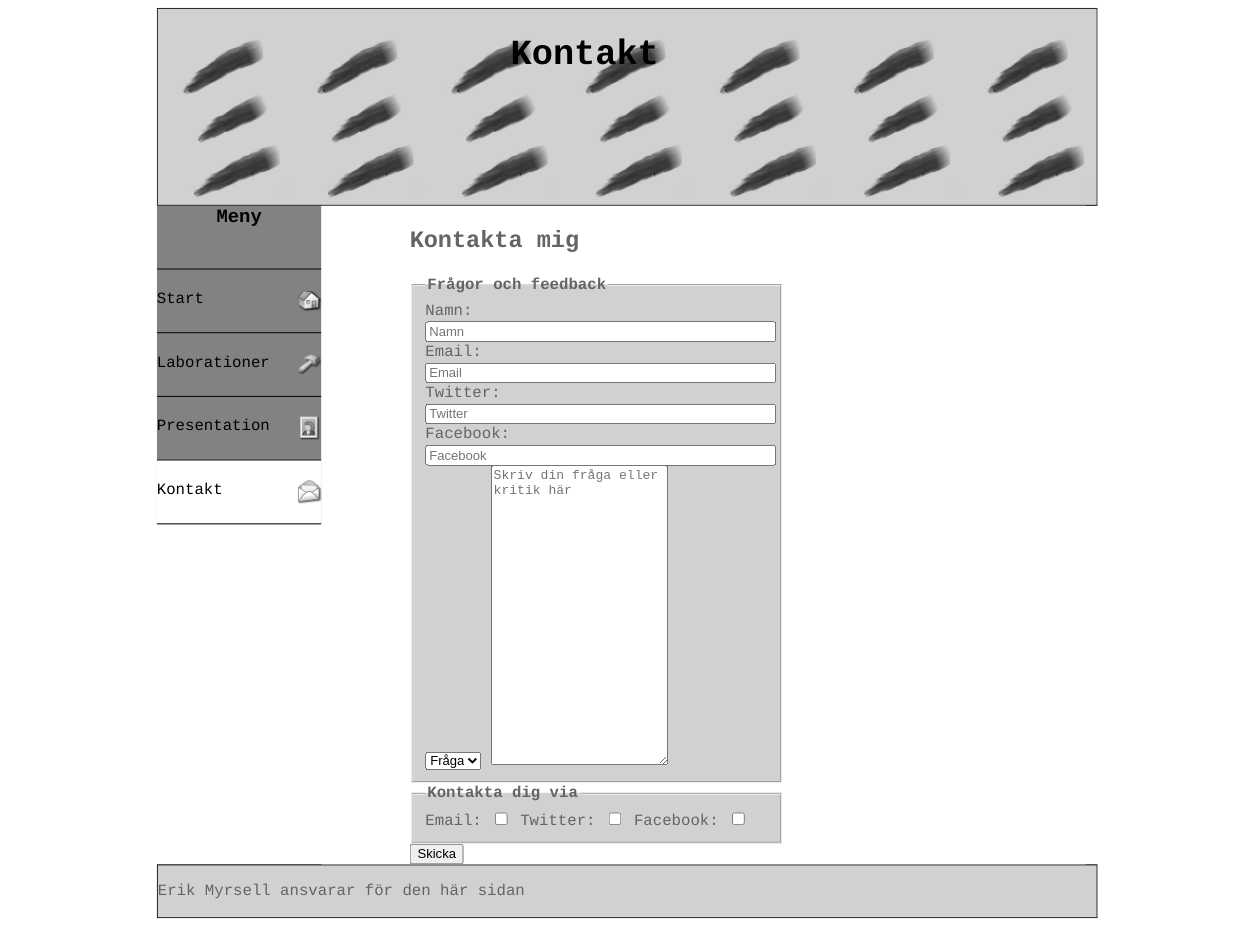
Repository: em222mt/1IK415_em222mt
Page: pages/kontakt.html
The author's editor kept a record of every edit. The page is drawn from the files as they stood at one moment, then again after the next edit.
The browser window is 1280 px wide. The pictures show the whole page, at 98% of full size.

Above is the page before.

### pages/kontakt.html
<!doctype html>
<html lang="sv">

<head>
     <meta charset="utf-8">
     <title>Kontakt</title>

     <link rel="stylesheet" href="../css/basic.css">
     <link rel="stylesheet" href="../css/print.css">
</head>

    <body>
        <div id="container">

            <div id="header">

            <h1 class="headertitle">Kontakt</h1>

            </div>

            <div id="navigation">

            <ul>
                <li>Meny</li>
                <li><a href="../index.html">Start</a><a id="home-icon" href="../index.html"></a></li>
                <li><a href="laborationer.html">Laborationer</a><a id="work-icon" href="laborationer.html"></a></li>
                <li><a href="presentation.html">Presentation</a><a id="bio-icon" href="presentation.html"></a></li>
                <li class="active"><a href="kontakt.html">Kontakt</a><a id="contact-icon" href="kontakt.html"></a></li>
            </ul>

            </div>

            <div id="content">

            <div id="contact">

            <h2>Kontakta mig</h2>

            <!-- Formulär börjar här -->

            <form id="form" action="http://voyager.lnu.se/tekinet/kurser/dtt/wp_webbintro/form.php" method="post">
                <fieldset>
                    <legend class="formframe">Frågor och feedback</legend>

                        <label class="formunit" for="namn">Namn:</label>
                        <input class="formunit" placeholder="Namn" type="text" name="namn" id="namn" />

                        <label class="formunit" for="email">Email:</label>
                        <input class="formunit" placeholder="Email" type="text" name="email" id="email" />

                        <label class="formunit" for="twitter">Twitter:</label>
                        <input class="formunit" placeholder="Twitter" type="text" name="twitter" id="twitter" />

                        <label class="formunit" for="facebook">Facebook:</label>
                        <input class="formunit" placeholder="Facebook" type="text" name="facebook" id="facebook" />


                        <select name="fråga eller feedback">
                            <option value="Fråga" selected> Fråga </option>
                            <option value="Ris"> Ris </option>
                            <option value="Ros"> Ros </option>
                        </select>


                        <textarea id="formtext" for="textarea" cols="20" rows="20" placeholder="Skriv din fråga eller kritik här"></textarea>

               </fieldset>

               <fieldset>
                   <legend class="formframe">Kontakta dig via</legend>

                        <label for="recepientemail">Email:</label>
                        <input type="checkbox" name="recepientemail" id="recepientemail" />
                        <label for="recepienttwitter">Twitter:</label>
                        <input type="checkbox" name="recepienttwitter" id="recepienttwitter" />
                        <label for="recepientfacebook">Facebook:</label>
                        <input type="checkbox" name="recepientfacebook" id="recepientfacebook" />

                </fieldset>

                <input id="formsubmit" type="submit" value="Skicka" />

            </form>

            </div>

            </div>

            <div id="footer">

                <p>Erik Myrsell ansvarar för den här sidan</p>

            </div>

        </div>

    </body>
</html>

### css/basic.css
/*
Background main: #FFFFFF
Background aside: #838283
Background header/footer: #D1D1D1
text-color: #646466
*/

/*Layout*/

a:link 	    { color: black; }
a:visited 	{ color: gray; }
a:focus 	{ color: #838283; }
a:hover	    { color: #6495ED; background-color: white;}
a:active 	{ color: #FFFFFF; }

/*Container*/

#container {
    max-width: 960px;
    overflow: auto;
    margin: 0 auto;
}

/*----------------------------------------*/

/*Header*/

#header {
    border-style: solid;
    border-width: 1px;
    width: 958px;
    background-color: #D1D1D1;
    background-image: url(../pics/Logo5.png);
    background-repeat: round;
    background-position: left;
    text-indent: 300px;
    height: 200px;
}

/*----------------------------------------*/

/*Navigation*/

#navigation{
    float: left;
    color: #646466;
    background-color: #838283;
    width: 168px;
}

#navigation li{
    border-bottom: 1px solid black;
    height: 64px;
}

#navigation a{
    float: left;
}

#navigation ul {
    list-style-type: none;
    margin: 0;
    padding: 0;
}

#navigation > ul > li:nth-child(1){
    color: black;
    font-weight: bold;
    font-size: 1.2em;
    text-align: center;
}

#navigation a:nth-child(2) {
    float: left;
    background-image: url(pics/sprite.png);
    display: block;
    width: 24px;
    height: 24px;
    position: relative;
    top: 20px;
}

#home-icon          { background-position: 0 -48px;}
#home-icon:hover    { background-position: 0 0;}

#work-icon          { background-position: 0 -144px; }
#work-icon:hover    { background-position: 0 -96px; }

#bio-icon           { background-position: 0 -240px;}
#bio-icon:hover     { background-position: 0 -192px;}

#contact-icon       { background-position: 0 -336px;}
#contact-icon:hover { background-position: 0 -288px;}


#navigation a:nth-child(1){
    display: block;
    width: 144px;
    height: 24px;
    color: black;
    text-decoration: none;
    margin-top: 20px;
    margin-bottom: 20px;
}

#navigation li:hover:nth-child(n+2) { color: #6495ED; background-color: white;}

li.active {
    background-color: white;
}

/*----------------------------------------*/

/*Content*/

#content {
    float: left;
    max-width: 788px;
    background-color: #FFFFFF;
    padding-right: 70px;
    padding-left: 70px;
}

#content, p {
    color: #646466;
    font-family: courier , serif;
    line-height: 130%;
    width: 640px;
}

/*----------------------------------------*/

/*Footer*/

#footer {
    border-style: solid;
    border-width: 1px;
    clear: both;
    max-width: 958px;
    background-color: #D1D1D1;
}

/*----------------------------------------*/

/*Storleksanpassat bild i inlägg 2*/
#gubbe {
    max-width: 450px;
}

/*fonts*/
h1, h2, h3, ul, ol, li, form, a {
    color: #646466;
    font-family: courier , serif;
    line-height: 130%;
}

/*----------------------------------------*/

/*Tabell på laboration.html*/

#content table tr td {
    width: 40%;
    border: 2px solid #838283;
    text-align: center;
    border-top-right-radius: 5px;
    border-bottom-right-radius: 5px;

}

#table th {
    border: 2px solid #838283;
    font-size: 1.03em;
    border-top-right-radius: 5px;
    border-bottom-right-radius: 5px;
}

tfoot {
    font-size: 1.03em;
}

/*----------------------------------------*/

/*Lagt till padding för att bulka upp index- och kontaktsidan.*/
#blogg {
    padding-right: 30px;
    padding-left: 30px;
}

#contact {
    padding-right: 20px;
    padding-left: 20px;
}

/*----------------------------------------*/

/*Anpassat headerns text*/

.headertitle {
    text-indent: 360px;
    color: black;
    font-size: 2.25em;
}

/*----------------------------------------*/

/*Lagt till en bild vid blogginläggen*/

h3.entry {
    background-image: url(../pics/post.png);
    background-repeat: no-repeat;
    background-position: top left;
    text-indent: 35px;
}
.entrypic {
    float: right;
    width: 35%;
}

/*----------------------------------------*/

/*Formulär*/

#form fieldset {
    width: 350px;
    background-color: #D1D1D1;
}

.formframe {
    font-weight: bold;
}

.formunit {
    float: left;
    width: 100%;
}
/*----------------------------------------*/

### css/print.css
/*
Background main: #FFFFFF
Background aside: #838283
Background header/footer: #D1D1D1
text-color: #646466
*/

/*Layout*/

a:link 	    { color: black; }
a:visited 	{ color: gray; }
a:focus 	{ color: #838283; }
a:hover	    { color: #6495ED; }
a:active 	{ color: #FFFFFF; }

/*Tryck ihop text för utskrift och ändra färgr*/

@media print {
    a, h1, h2, h3, p, table {
        color: #000000;
        background-color: #ffffff;
        max-width: 500px;
    }
}

@media print {
    ul, ol, dl, li {
        color: #000000;
        background-color: #ffffff;
        max-width: 400px;
    }
}
/*--------------------------------------*/

/*Content*/
@media print {
    #content {
        color: #000000;
        background-color: #ffffff;
        /*display: none;*/
        border: none;
        max-width: 960px;
    }
}
/*--------------------------------------*/

/*Dölj bilder och annan media*/

@media print {
    #gubbe {
        display: none;
    }
}

@media print {
#blogg > div:nth-child(2) > img {
    display: none;
}
}

@media print {
.video {
    display: none;
}
}

@media print {
#bild {
    display: none;
}
}
/*--------------------------------------*/

@media print{
       a:after{content:" (" attr(href) ") ";

       }
}
/*Navigation*/

@media print {
#navigation {
    display: none;
    border: none;
    color: #ffffff;
    background-color: #ffffff;
    }
}
/*--------------------------------------*/

/*header*/

@media print {
    #header {
        color: #ffffff;
        background-color: #ffffff;
        display: none;
        border: none;
        border-style: none;
    }
}
/*--------------------------------------*/

/*header*/
@media print {
    #footer {
        color: #000000;
        background-color: #ffffff;
        display: none;
        border: none;
        border-style: none;
    }
}
/*--------------------------------------*/

After the next edit:
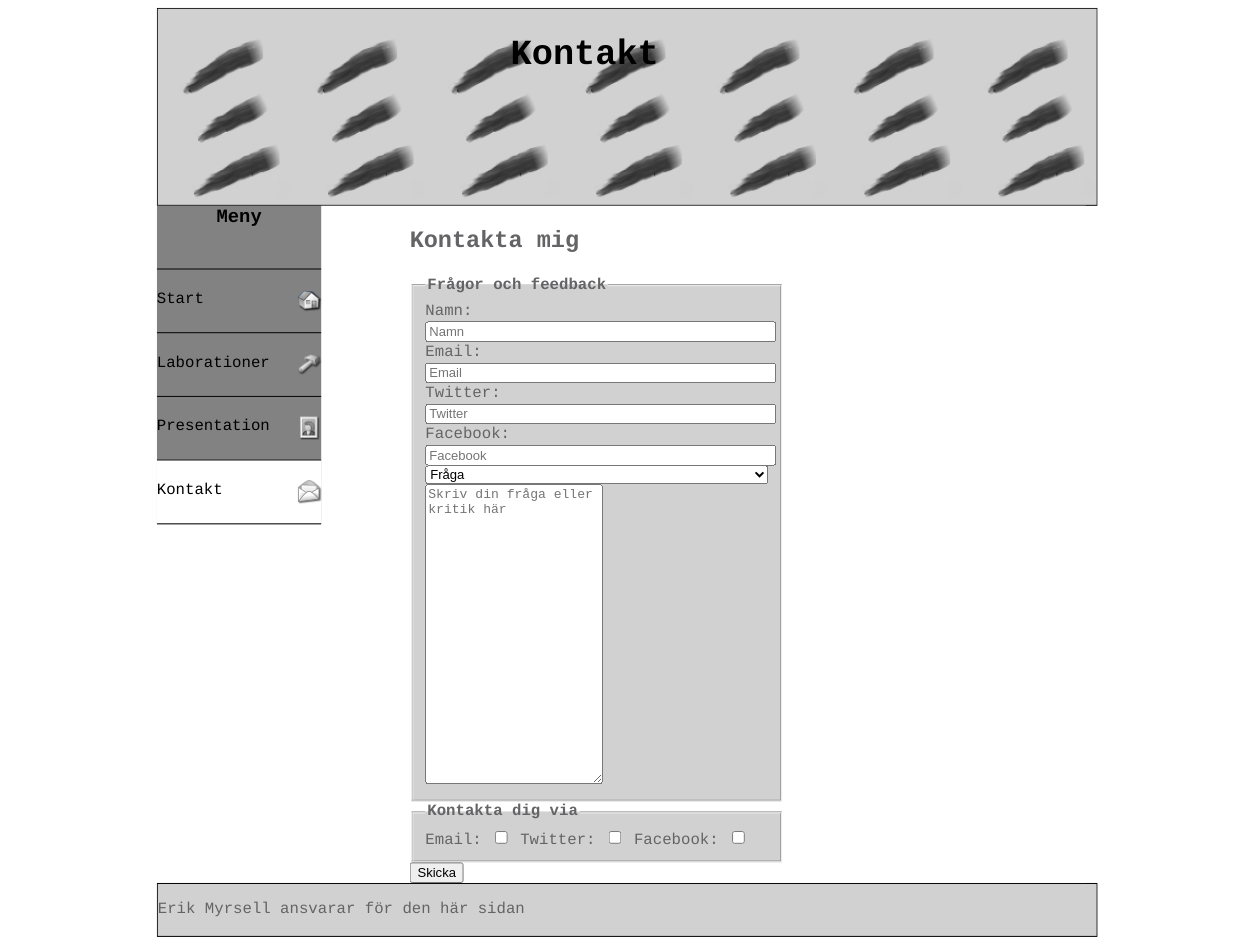
The edit:
--- a/pages/kontakt.html
+++ b/pages/kontakt.html
@@ -55,7 +55,7 @@
                         <input class="formunit" placeholder="Facebook" type="text" name="facebook" id="facebook" />
 
 
-                        <select name="fråga eller feedback">
+                        <select class="formunit" name="fråga eller feedback">
                             <option value="Fråga" selected> Fråga </option>
                             <option value="Ris"> Ris </option>
                             <option value="Ros"> Ros </option>
